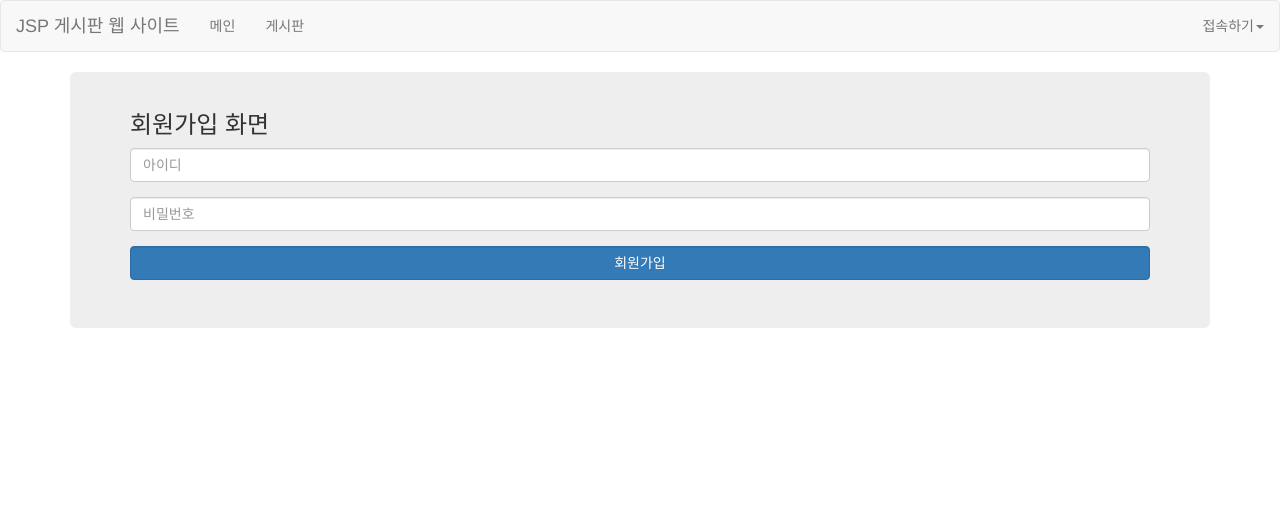
Repository: kkdk1116/JSP_Test
Page: http://localhost/BBS/join.jsp
These files come from the project's save history. The page is drawn as it stood at one moment and after the next save; the edit follows.
The browser window is 1280 px wide. The pictures show the whole page.
Some web libraries are served in a nearby version. The page is served by Tomcat 9. Other server files are loaded and not shown.

Above is the page before, as saved 2022-03-12 02:52:31.

### BBS/WebContent/join.jsp
<%@ page language="java" contentType="text/html; charset=UTF-8"
    pageEncoding="UTF-8"%>
<!DOCTYPE html>
<html>
<head>
<meta charset="UTF-8">
<meta name="viewport" content="width=device-width", initial-scale="1">
<link rel="stylesheet" href="css/bootstrap.min.css">
<title>JSP 게시판 웹 사이트</title>
</head>
<body>
	<nav class="navbar navbar-default">
  		<div class="navbar-header">
   			<button type="button" class="navbar-toggle collapsed"
  				data-toggle="collapse" data-target="#bs-example-navbar-collapse-1"
    			aria-expanded="false">
    			<span class="icon-bar"></span>
    			<span class="icon-bar"></span>
    			<span class="icon-bar"></span>
  			</button>
  			<a class="navbar-brand" href="main.jsp">JSP 게시판 웹 사이트</a>
		</div>
		<div class="collapse navbar-collapse" id="bs-example-navbar-collapse-1">
			<ul class="nav navbar-nav">
				<li><a href="main.jsp">메인</a></li>
				<li><a href="bbs.jsp">게시판</a></li>
			</ul>
			<ul class="nav navbar-nav navbar-right">
				<li class="dropdown">
					<a href="#" class="dropdown-toggle"
						data-toggle="dropdown" role="button" aria-haspopup="true"
						aria-expanded="false">접속하기<span class="caret"></span></a>
					<ul class="dropdown-menu">
						<li class="active"><a href="login.jsp">로그인</a></li>
						<li><a href="join.jsp">회원가입</a></li>
					</ul>
				</li>
			</ul>
		</div>
	</nav>
	<div class="container">
		<div class="col-lg-4"></div>
		<div class="col-lg-4"></div>
			<div class="jumbotron" style="padding-top: 20px;">
				<form method="post" action="loginAction.jsp">
					<h3 style="text-align; center;">회원가입 화면</h3>
					<div class="form-group">
						<input type="text" class="form-control" placeholder="아이디" name="userID" maxlength="20">
					</div>

					<div class="form-group">
						<input type="password" class="form-control" placeholder="비밀번호" name="userPassword" maxlength="20">
					</div>
					<input type="submit" class="btn btn-primary form-control" value="회원가입">
				</form>
		</div>
		<div class="col-lg-4"></div>
	</div>
	<script src="https://code.jquery.com/jquery-3.1.1.min.js"></script>
	<script src="js/bootstrap.js"></script>
</body>
</html>

Loaded but not shown: BBS/WebContent/css/bootstrap.min.css (library); BBS/WebContent/js/bootstrap.js (library)

After the next save:
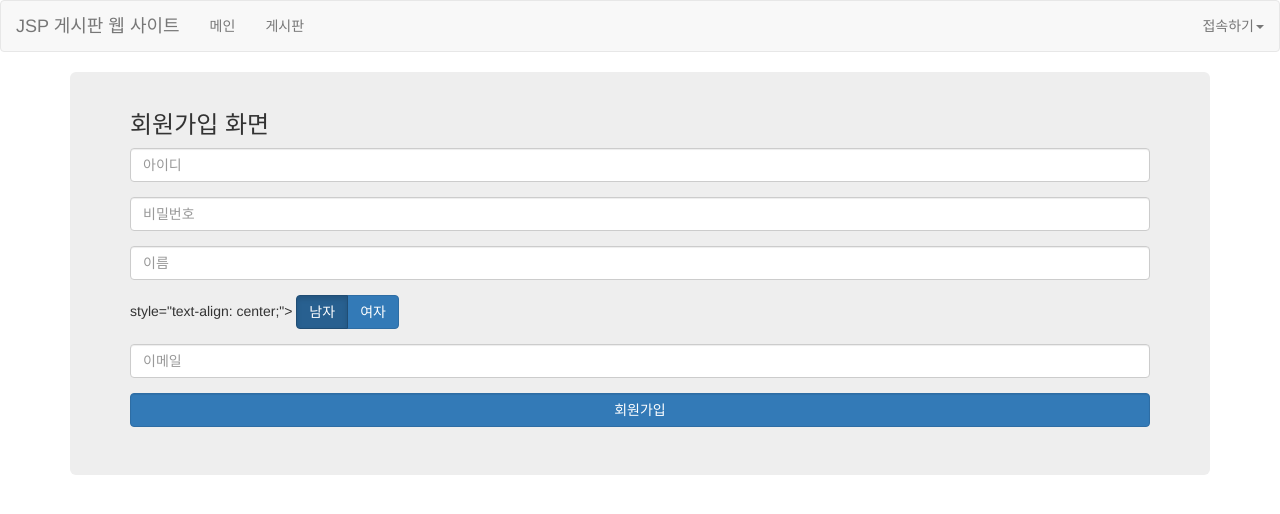
Saved 8 min 55 s later.
--- a/BBS/WebContent/join.jsp
+++ b/BBS/WebContent/join.jsp
@@ -42,7 +42,7 @@
 		<div class="col-lg-4"></div>
 		<div class="col-lg-4"></div>
 			<div class="jumbotron" style="padding-top: 20px;">
-				<form method="post" action="loginAction.jsp">
+				<form method="post" action="joinAction.jsp">
 					<h3 style="text-align; center;">회원가입 화면</h3>
 					<div class="form-group">
 						<input type="text" class="form-control" placeholder="아이디" name="userID" maxlength="20">
@@ -50,6 +50,22 @@
 
 					<div class="form-group">
 						<input type="password" class="form-control" placeholder="비밀번호" name="userPassword" maxlength="20">
+					</div>
+					<div class="form-group">
+						<input type="text" class="form-control" placeholder="이름" name="userName" maxlength="20">
+					</div>
+					<div class="form-group"> style="text-align: center;">
+						<div class="btn-group" data-toggle="buttons">
+							<label class="btn btn-primary active">
+								<input type="radio" name="userGender" autocomplete="off" value="남자" checked>남자
+							</label>
+							<label class="btn btn-primary">
+								<input type="radio" name="userGender" autocomplete="off" value="여자" checked>여자
+							</label>
+						</div>
+					</div>
+						<div class="form-group">
+						<input type="email" class="form-control" placeholder="이메일" name="userEmail" maxlength="20">
 					</div>
 					<input type="submit" class="btn btn-primary form-control" value="회원가입">
 				</form>
